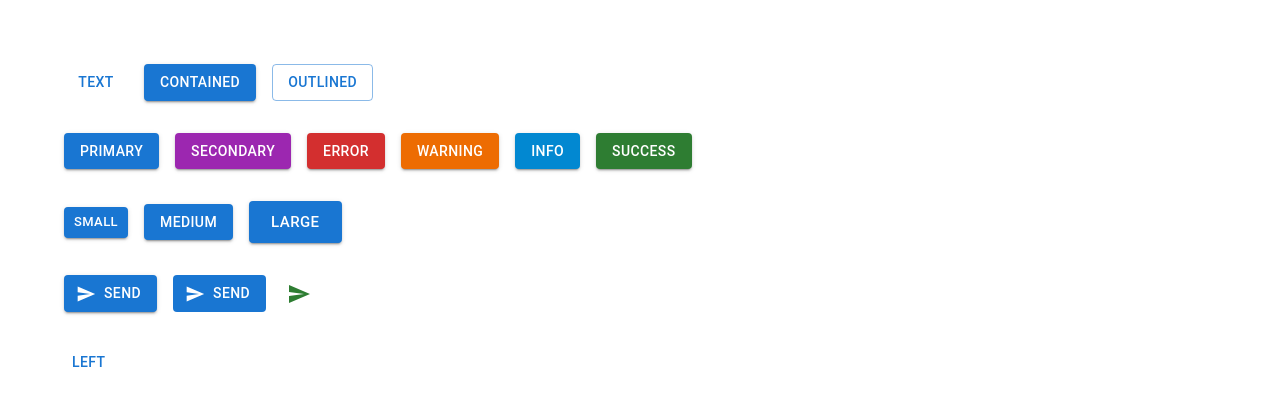
Repository: janidulnkg1/react-mui
Page: / (app in mui-demo/)
These files come from the project's save history. The page is drawn as it stood at one moment and after the next save; the edit follows.
The browser window is 1280 px wide. The pictures show the whole page.
The project was rebuilt for these pictures with package versions that can differ from the ones it lists, and the page was loaded fresh each time.

Above is the page before, as saved 2023-11-08 14:36:59.

### mui-demo/src/App.tsx
import './App.css';
//import { MuiTypography } from './components/MuiTypography';
import { MuiButton } from './components/MuiButton';

function App() {
  return (
    <div className="App">

      {/*MuiTypography */}
      <MuiButton />
    </div>
  );
}

export default App;

### mui-demo/src/components/MuiButton.tsx
import {Button, Stack, IconButton, ButtonGroup} from "@mui/material"
import SendIcon from '@mui/icons-material/Send';


export const MuiButton = () => {
  return (
    <Stack spacing={4}>
        <Stack spacing={2} direction='row'>
            <Button variant='text' href='https://google.com'>Text</Button>
            <Button variant='contained'>Contained</Button>
            <Button variant='outlined'>Outlined</Button>
        </Stack>

        <Stack spacing={2} direction='row'>
            <Button variant='contained' color='primary'>Primary</Button>
            <Button variant='contained' color='secondary'>Secondary</Button>
            <Button variant='contained' color='error'>Error</Button>
            <Button variant='contained' color='warning'>Warning</Button>
            <Button variant='contained' color='info'>Info</Button>
            <Button variant='contained' color='success'>Success</Button>
        </Stack>

        <Stack display='block' spacing={2} direction='row'>
            <Button variant='contained' size='small'>Small</Button>
            <Button variant='contained' size='medium'>Medium</Button>
            <Button variant='contained' size='large'>Large</Button>
        </Stack>

        <Stack spacing={2} direction='row'>
            <Button variant='contained' startIcon={<SendIcon />} disableRipple onClick={() => alert('Clicked')}>Send</Button>
            <Button variant='contained' startIcon={<SendIcon />} disableElevation>Send</Button>

            <IconButton aria-label='send' color='success' size='small'>
                <SendIcon />
            </IconButton>
        </Stack>

        <Stack direction='row'>
            <ButtonGroup variant='text'>
                <Button>Left</Button>

            </ButtonGroup>
        </Stack>

    </Stack>
  )
}

Loaded but not shown: mui-demo/public/index.html (common file); mui-demo/src/index.tsx (common file); mui-demo/src/index.css (common file); mui-demo/src/reportWebVitals.ts (common file); mui-demo/src/App.css (common file)

After the next save:
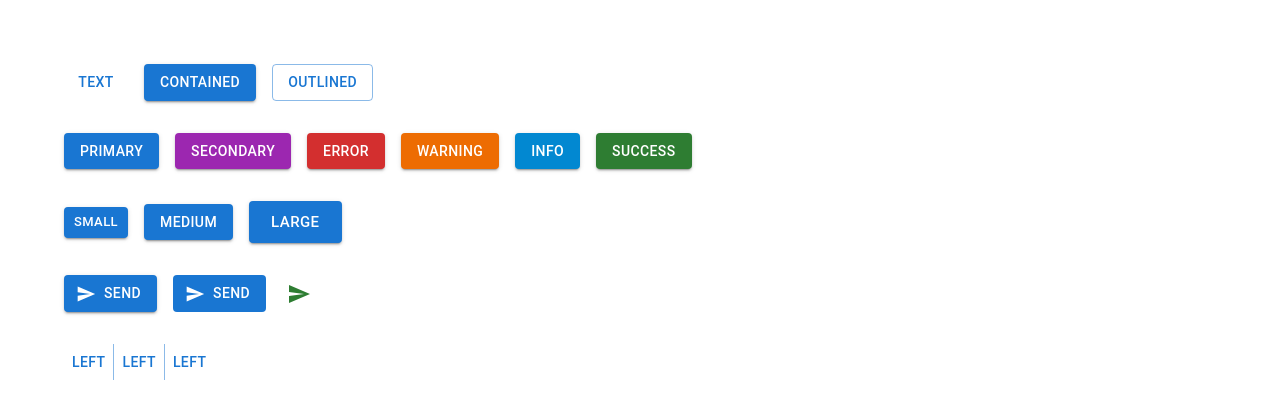
Saved 9 s later.
--- a/mui-demo/src/components/MuiButton.tsx
+++ b/mui-demo/src/components/MuiButton.tsx
@@ -38,6 +38,9 @@ export const MuiButton = () => {
         <Stack direction='row'>
             <ButtonGroup variant='text'>
                 <Button>Left</Button>
+                <Button>Left</Button>
+                <Button>Left</Button>
+
 
             </ButtonGroup>
         </Stack>
